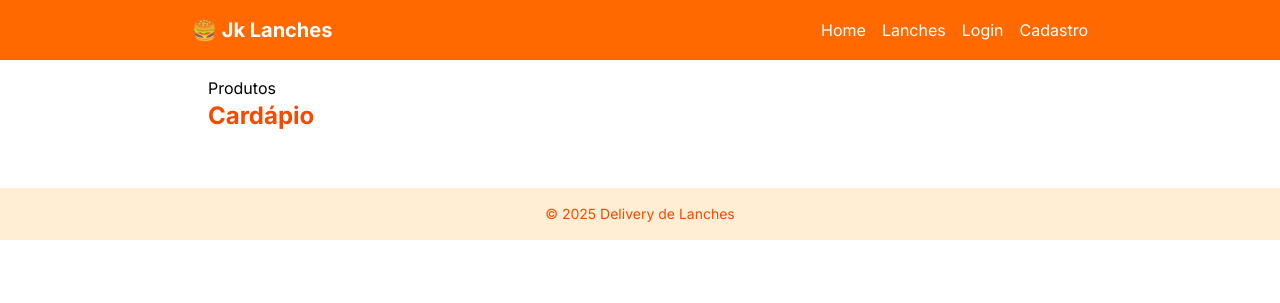
Repository: estevam02009/jk-lanches
Page: /produtos
These files come from the project's save history. The page is drawn as it stood at one moment and after the next save; the edit follows.
The browser window is 1280 px wide. The pictures show the whole page.
The project was rebuilt for these pictures with package versions that can differ from the ones it lists, and the page was loaded fresh each time. The framework's server and built-in components were replaced by stand-ins that run in the browser. Also part of the build but not shown: next.config.ts.

Above is the page before, as saved 2025-08-05 16:58:37.

After the next save:
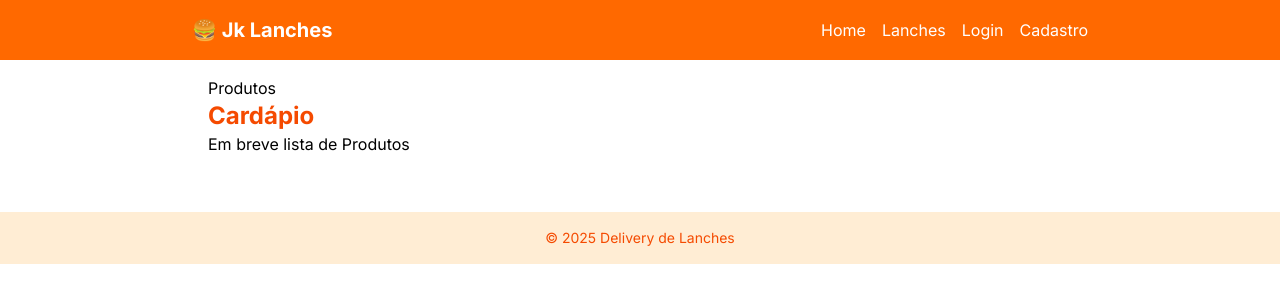
Saved 17 s later.
--- a/src/app/produtos/page.tsx
+++ b/src/app/produtos/page.tsx
@@ -3,6 +3,7 @@
         <section>
             <h1>Produtos</h1>
                 <h2 className="text-2xl font-bold text-orange-600">Cardápio</h2>
+                <p>Em breve lista de Produtos</p>
         </section>
     )
 }
